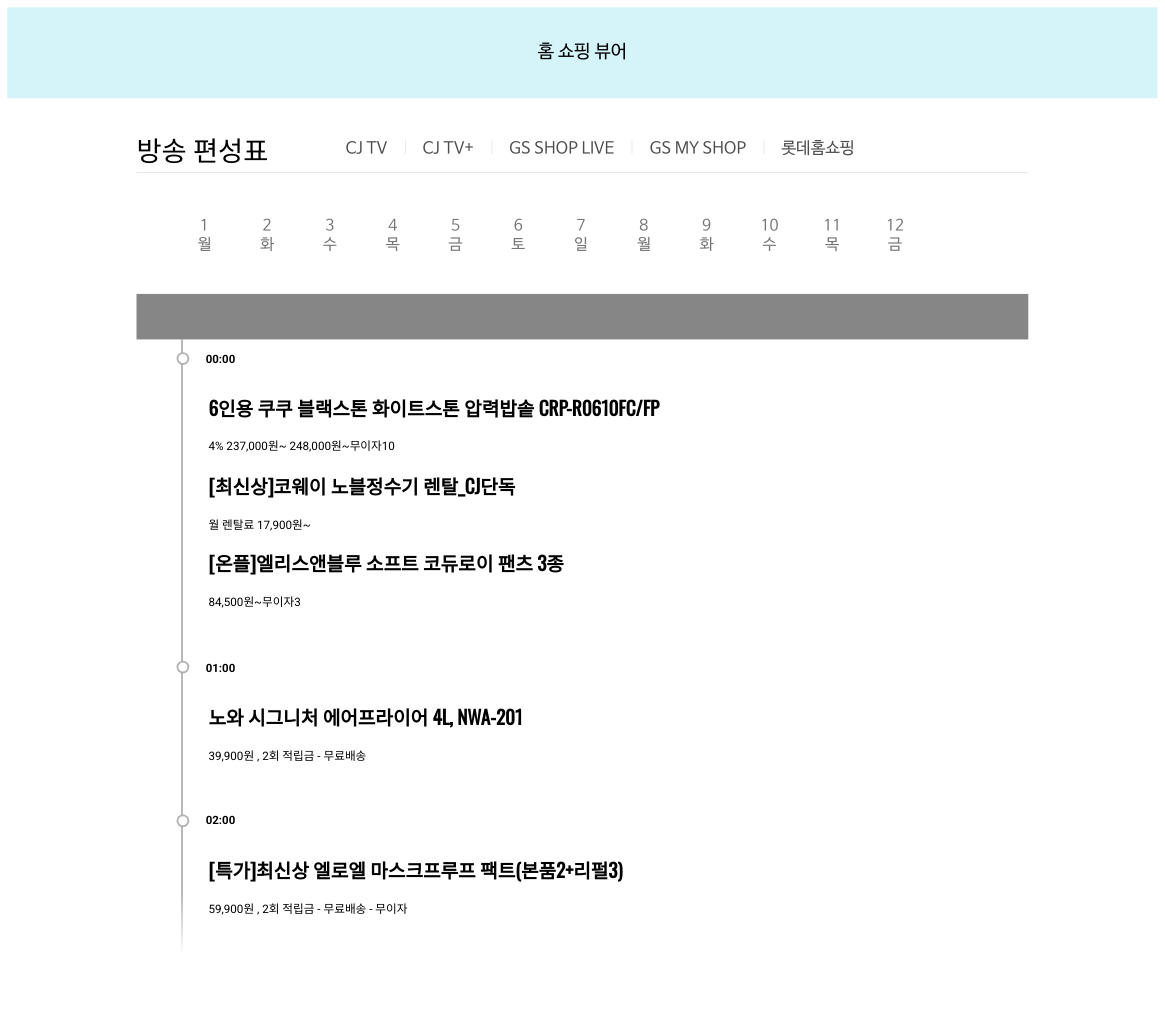
Repository: Kds010/HomeShopping
Page: http://localhost/index
These files come from the project's save history. The page is drawn as it stood at one moment and after the next save; the edit follows.
The browser window is 1280 px wide. The pictures show the whole page, at 91% of full size.
The page is this project's Thymeleaf template; nobody is signed in. The template is opened directly, without the code that normally fills it, so the values that code supplies are empty.

Above is the page before, as saved 2021-12-18 10:25:45.

### homeshopping/src/main/resources/templates/index.html
<!DOCTYPE html>
<html xmlns:th="http://www.thymeleaf.org">
<head>
<meta charset="UTF-8">
<title>SC쇼핑바라기</title>
</head>
<body>
<div id="wrap">
	<th:block th:replace="header.html"></th:block>
	<div id="container">
		<div class="content">
			<div class="fiexd_wrap">

				<div class="fixed_wrap_div">
					<h2 class="fiexd_wrap_tit">방송 편성표</h2>
					<ul class="ch_list_tab" id="ch_list_tab">
						<li class="">CJ TV</li>
						<li class="">CJ TV+</li>
						<li class="">GS SHOP LIVE</li>
						<li class="">GS MY SHOP</li>
						<li class="">롯데홈쇼핑</li>
					</ul>
				</div>

				<ul class="list_date" id="scheduleDate">
					<li data-dt="20211201">
						<a href="javascript:;" class="date_cont">
							<span class="num_date">1</span>
							<span class="txt_date">월</span></a></li>
					<li data-dt="20211202">
						<a href="javascript:;" class="date_cont">
							<span class="num_date">2</span>
							<span class="txt_date">화</span></a></li>
					<li data-dt="20211203">
						<a href="javascript:;" class="date_cont">
							<span class="num_date">3</span>
							<span class="txt_date">수</span></a></li>
					<li data-dt="20211204">
						<a href="javascript:;" class="date_cont">
							<span class="num_date">4</span>
							<span class="txt_date">목</span></a></li>
					<li data-dt="20211205">
						<a href="javascript:;" class="date_cont">
							<span class="num_date">5</span>
							<span class="txt_date">금</span></a></li>
					<li data-dt="20211206">
						<a href="javascript:;" class="date_cont">
							<span class="num_date">6</span>
							<span class="txt_date">토</span></a></li>
					<li data-dt="20211207">
						<a href="javascript:;" class="date_cont">
							<span class="num_date">7</span>
							<span class="txt_date">일</span></a></li>
					<li data-dt="20211208">
						<a href="javascript:;" class="date_cont">
							<span class="num_date">8</span>
							<span class="txt_date">월</span></a></li>
					<li data-dt="20211209">
						<a href="javascript:;" class="date_cont">
							<span class="num_date">9</span>
							<span class="txt_date">화</span></a></li>
					<li data-dt="20211210">
						<a href="javascript:;" class="date_cont">
							<span class="num_date">10</span>
							<span class="txt_date">수</span></a></li>
					<li data-dt="20211211">
						<a href="javascript:;" class="date_cont">
							<span class="num_date">11</span>
							<span class="txt_date">목</span></a></li>
					<li data-dt="20211212">
						<a href="javascript:;" class="date_cont">
							<span class="num_date">12</span>
							<span class="txt_date">금</span></a></li>
				</ul>
			</div>

			<div class="state_bar past" id="status_bar_area">

			</div>

			<div class="cont-list">

				<div class="timeline-item" date-is='00:00'>
					<h2>6인용 쿠쿠 블랙스톤 화이트스톤 압력밥솥 CRP-R0610FC/FP</h2>
					<p>
						4% 237,000원~ 248,000원~무이자10
					</p>
					<h2>[최신상]코웨이 노블정수기 렌탈_CJ단독</h2>
					<p>
						월 렌탈료 17,900원~
					</p>
					<h2>[온플]엘리스앤블루 소프트 코듀로이 팬츠 3종</h2>
					<p>
						84,500원~무이자3
					</p>
				</div>

				<div class="timeline-item" date-is='01:00'>
					<h2>노와 시그니처 에어프라이어 4L, NWA-201</h2>
					<p>
						39,900원 , 2회 적립금 - 무료배송
					</p>
				</div>

				<div class="timeline-item" date-is='02:00'>
					<h2>[특가]최신상 엘로엘 마스크프루프 팩트(본품2+리펄3)</h2>
					<p>
						59,900원 , 2회 적립금 - 무료배송 - 무이자
					</p>
				</div>

			</div>

		</div>
	</div>
</div>
</body>
</html>

### homeshopping/src/main/resources/templates/header.html
<!DOCTYPE html>
<html>
<head>
<meta charset="UTF-8">
<link rel="stylesheet" type="text/css" href="/css/main.css">
<link rel="stylesheet" type="text/css" href="/css/font.css">
<script src="/js/jquery-3.6.0.js" defer></script>
<script src="/js/index.js" defer></script>
</head>
<body>
<div class="header">
	<div class="header-content">
		홈 쇼핑 뷰어
	</div>
</div>
</body>
</html>

### homeshopping/src/main/resources/static/css/main.css
@charset "UTF-8";

/* // ----------------  THE BASICS */

@import url('https://fonts.googleapis.com/css?family=Oswald|Roboto:400,700');

/* // ----------------  THE FONTS */

h1, h2, h3, h4, h5, h6 {
	font-family: 'Oswald', sans-serif;
}

h1 {
	font-size: 2rem;
	margin-bottom: .5em;
}

p {
	font-family: 'Roboto', sans-serif;
	font-size: .8rem;
}


body{
	font-family: 'NanumBarunGothic', sans-serif;
    /* font-size: 12px; */
    font-size: 14px;
    line-height: 1.5;
}


div{
	display:block;
}

li, ol, ul{
	list-style: none;
}

li{
	display: list-item;
    text-align: -webkit-match-parent;
}

ul{
	list-style-type: disc;
}

a{
	color: inherit;
    text-decoration: none;
}

/* h1, h2, h3, h4, h5, h6{
	display: block;
    font-size: 1.5em;
    margin-block-start: 0.83em;
    margin-block-end: 0.83em;
    margin-inline-start: 0px;
    margin-inline-end: 0px;
    font-weight: bold;
} */

#wrap{
	min-width: 1240px;
}

.header {
	display: flex;
	background: #D4F4FA;
	width: 100%;
	height: 100px;
	font-size:20px;
	text-align: center;
}

.header-content{
    width: 1180px;
    margin: auto;
}

#container{
	position: relative;
    width: 1180px;
    min-height: 802px;
    margin: 0 auto;
    padding-bottom: 80px;
    zoom: 1;
}

.content{
	width:980px;
	margin:0 auto;
}

.fiexd_wrap{
	width:980px;
	margin-top: 30px;
}

.fixed_wrap_div{
	overflow: hidden;
	margin-bottom: 10px;
	border-bottom: 1px solid #e5e5e5;
}


.fiexd_wrap_tit{
	float: left;
    margin-top: 3px;
    margin-bottom: 3px;
    font-weight: 400;
    font-size: 30px;
    line-height: 1.5;
}

.ch_list_tab{
	overflow: hidden;
    float: left;
    margin: 12px 0 0 6px;
}

.ch_list_tab li{
	position: relative;
    float: left;
    margin-left: 39px;
    font-size: 18px;
    color: #4d4d4d;
    text-decoration: none;
}

.ch_list_tab li:nth-child(1):after {
    content: normal;
}

.ch_list_tab li:after {
	position: absolute;
    top: 4px;
    left: -20px;
    width: 1px;
    height: 15px;
    background-color: #e6e6e6;
    content: '';
}

.list_date {
	display: inline-block;
}

.list_date li{
	vertical-align: top;
	float: left;
    padding: 10px 3px;
    color: #767676;
    text-align: center;
    margin:0;
}

.list_date .date_cont{
	display: block;
    width: 31px;
    padding: 14px 16px 10px;
    font-size: 17px;
    line-height: 21px;
    text-decoration: none;
}

.list_date .num_date{
	display: block;
    height: 20px;
}

.list_date .txt_date{
	display: block;
    line-height: 24px;
}



/* // ----------------  LAYOUT */

.cont-list {
	max-width: 1024px;
	width: 90%;
	margin: 0 auto;
}

/* // ----------------  THE FONTS */

/* $border-color: rgba(black, .3); */

.timeline-item {
	padding: 3em 2em 2em;
	position: relative;
	color: rgba(black, .7);
	/* border-left: 2px solid $border-color; */
	border-left: 2px solid rgba(0, 0, 0, 0.3);
}
.timeline-item::before {
		content: attr(date-is);
		position: absolute;
		left: 2em;
		font-weight: bold;
		top: 1em;
		display: block;
		font-family: 'Roboto', sans-serif;
		font-weight: 700;
		font-size: .785rem;
	}

.timeline-item::after {
		width: 10px;
		height: 10px;
		display: block;
		top: 1em;
		position: absolute;
		left: -7px;
		border-radius: 10px;
		content: "";
		/* border: 2px solid $border-color; */
		border: 2px solid rgba(0, 0, 0, 0.3);
		background: white;
	}

.timeline-item:last-child {
			border-image: linear-gradient(to bottom, rgba(0, 0, 0, 0.3) 60%, rgba(0, 0, 0, 0)) 1 100%;
		;
	}
}

.timeline-item	p {
		font-size: 1rem;
}

.state_bar{
	display: block;
	overflow: hidden;
    height: 50px;
    background-color: #e5e5e5;
}

.state_bar.past{
	background-color: #868686;
}

### homeshopping/src/main/resources/static/css/font.css
@charset "UTF-8";
@font-face {
    font-family: 'NanumBarunGothic';
    src:url('/fonts/NanumBarunGothic.ttf') format('woff'),
        url('/fonts/NanumBarunGothic.ttf') format('woff2');
    font-weight: 400;
}

Loaded but not shown: homeshopping/src/main/resources/static/js/jquery-3.6.0.js (library); homeshopping/src/main/resources/static/js/index.js (no copy from this time; the picture is the same without it)

After the next save:
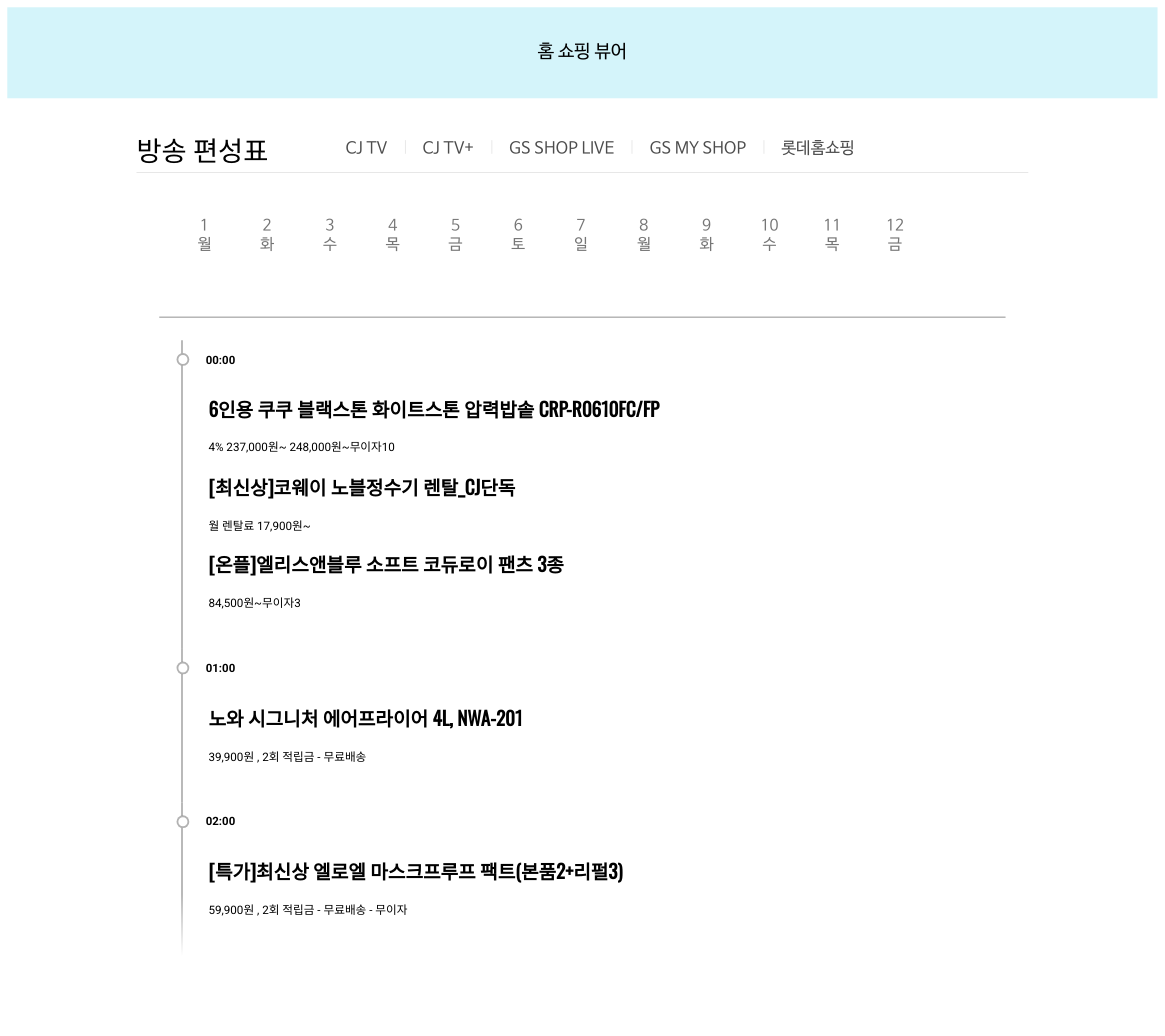
Saved 5 min 35 s later.
--- a/homeshopping/src/main/resources/static/css/main.css
+++ b/homeshopping/src/main/resources/static/css/main.css
@@ -235,8 +235,11 @@ a{
 .state_bar{
 	display: block;
 	overflow: hidden;
-    height: 50px;
+    /* height: 50px; */
     background-color: #e5e5e5;
+    width:930px;
+    height: 1px;
+    margin: 25px auto;
 }
 
 .state_bar.past{
